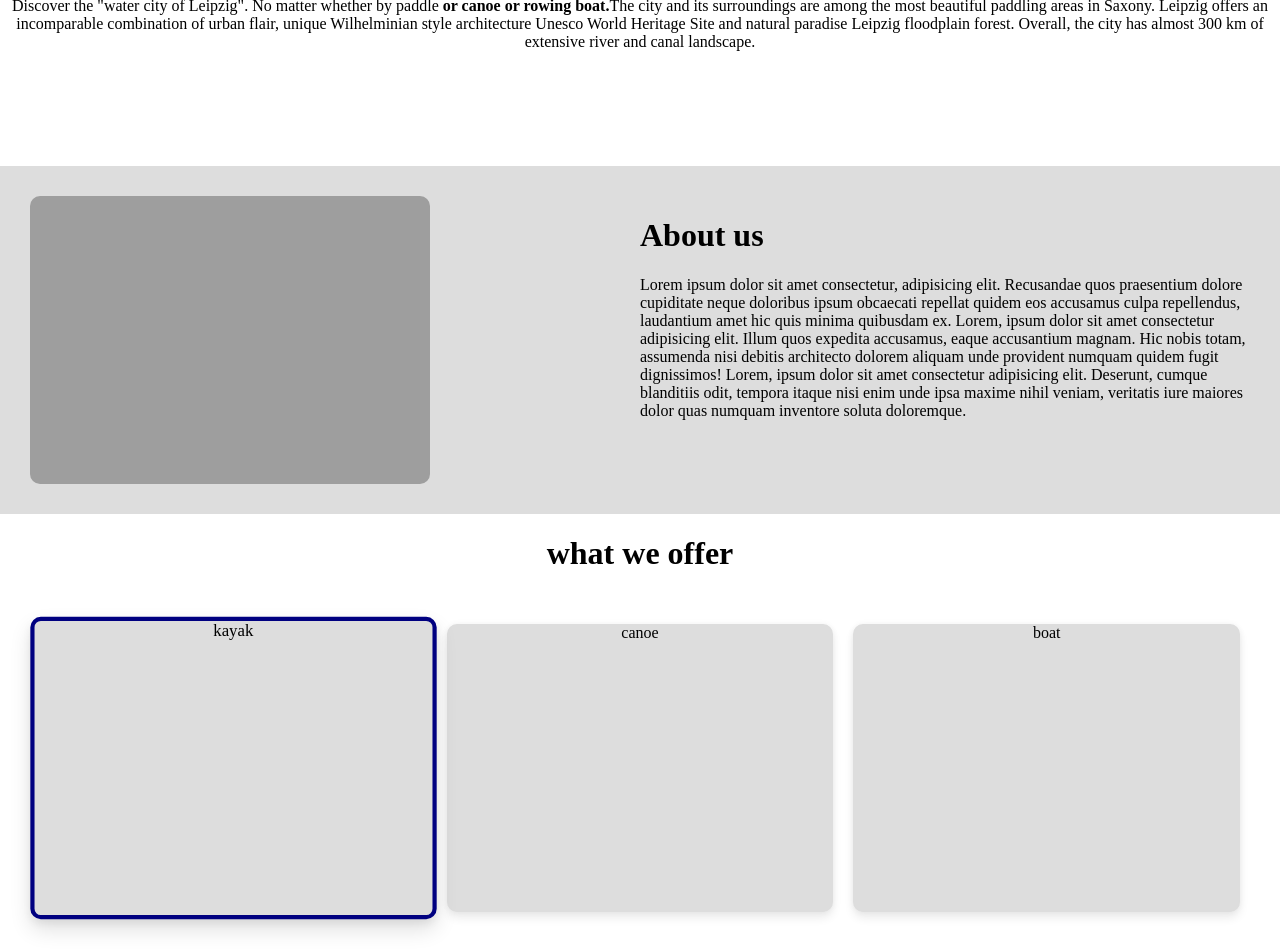
Repository: joseluis2289/Responsive-club-website
Page: index.html
The author's editor kept a copy of each file at every save. The page is drawn from the files as they stood at one save, then again after the next save.
The browser window is 1280 px wide. The pictures show the part of the page from y = 840 to 1792 px (the page is 1792 px tall).
The pointer rests on the first visible `.activity`.
Pictures or frames that could not be fetched are drawn as grey boxes.

Above is the page before, as saved 2021-08-23 16:03:10.

### index.html
<!DOCTYPE html>
<html lang="en">
<head>
    <meta charset="UTF-8">
    <meta http-equiv="X-UA-Compatible" content="IE=edge">
    <meta name="viewport" content="width=device-width, initial-scale=1.0">
    <link rel="stylesheet" href="style.css">
    <script src="script.js" defer></script>
    <title>Responsive-Club-website</title>
</head>
<body>

    <nav class="navbar">
        <!-- hamburger toggle -->
        <div class="brand-title">Club-Website</div>
        <a href="#" class="toggle-button">
            <span class="bar"></span>
            <span class="bar"></span>
            <span class="bar"></span>
        </a>

        <div class="nav-links">
            <ul>
                <li><a href="#">Home</a></li>
                <li><a href="#">About</a></li>
                <li><a href="#">Contact</a></li>
            </ul>
        </div>
    </nav>
<div class="banner"></div>

<section class="welcome">
    <h1>Discover the city of Leipzig kayaking with us</h1>
    <p>Discover the "water city of Leipzig". No matter whether by paddle <strong>or canoe or rowing boat.</strong>The city and its surroundings are among the most beautiful paddling areas in Saxony. Leipzig offers an incomparable combination of urban flair, unique Wilhelminian style architecture Unesco World Heritage Site and natural paradise Leipzig floodplain forest. Overall, the city has almost 300 km of extensive river and canal landscape.</p>

</section>

<!-- about us section -->
<div class="grid-container-about">
    <img class="grid-item-img" src="./Cosmetics Discount Sale Landscape Banner.png" alt="">
    <div class="grid-item-text"><h1>About us</h1>Lorem ipsum dolor sit amet consectetur, adipisicing elit. Recusandae quos praesentium dolore cupiditate neque doloribus ipsum obcaecati repellat quidem eos accusamus culpa repellendus, laudantium amet hic quis minima quibusdam ex. Lorem, ipsum dolor sit amet consectetur adipisicing elit. Illum quos expedita accusamus, eaque accusantium magnam. Hic nobis totam, assumenda nisi debitis architecto dolorem aliquam unde provident numquam quidem fugit dignissimos! Lorem, ipsum dolor sit amet consectetur adipisicing elit. Deserunt, cumque blanditiis odit, tempora itaque nisi enim unde ipsa maxime nihil veniam, veritatis iure maiores dolor quas numquam inventore soluta doloremque.</div>
</div>

<h1 class="tittle-what-we-offer">what we offer</h1>
<section class="what-we-offer">
    <div class="activity">kayak</div>
    <div class="activity">canoe</div>
    <div class="activity">boat</div>
</section>
</body>
</html>

### style.css
*{
    box-sizing: border-box;
}

body{
    margin: 0;
    border: 0;
}

.navbar{
    display: flex;
    justify-content: space-between;
    align-items: center;
    background-color: #333;
    color: white;
    font-family: 'Poppins', san;

}

.brand-title{
    font-size: 1.6rem;
    margin: .5rem;
    text-transform: uppercase;
    letter-spacing: 4px;
    -webkit-box-shadow: 0 10px 6px -6px rgb(80, 73, 73);
    -moz-box-shadow:0 10px 6px -6px rgb(114, 110, 110);
    box-shadow: 0 10px 6px -6px rgb(136, 133, 133);
    border-radius:10px;
}

.nav-links ul {
    margin: 0;
    padding: 0;
    display: flex;
}
.nav-links li {
    list-style: none;
}

.nav-links li a {
    text-decoration: none;
    color: white;
    padding: 1rem;
    display: block;
}
.nav-links li:hover{
    background-color:#555;
}

.toggle-button {
    position: absolute;
    top: .75rem;
    right: 1rem;
    display: none;
    flex-direction: column;
    justify-content: space-between;
    width: 30px;
    height: 22px;
}

.toggle-button .bar {
    height: 3px;
    width: 100%;
    background-color: white;
    border-radius: 10px;
}

.banner{
    background-image: url("/Cosmetics\ Discount\ Sale\ Landscape\ Banner.png");
    background-repeat: no-repeat;
    background-position: cover;
    background-size: 100% 100vh;
    height: 100vh;
}

/* discover the city of Leipzig */
.welcome{
    text-align: center;
    height: 30vh;

}

.grid-container-about{
    background-color: #ddd;
    display: grid;
    grid-template-columns: 1fr 1fr;
    padding: 30px;
}
.grid-item-img{
    width: 400px;
    height: 40vh;
    border-radius:10px;

}
/* what we offer */
.tittle-what-we-offer{
    text-align: center;
}
.what-we-offer{
    display: grid;
    grid-template-columns: 1fr 1fr 1fr;
    padding: 20px;
    text-align: center;
    margin: 10px;
}
.activity{
    background-image:url('./Cosmetics\ Discount\ Sale\ Landscape\ Banner.png');
    height: 40vh;
    margin: 10px;
    border-radius:10px;
    background: #ddd;
    box-shadow: 0 6px 10px rgba(14, 13, 13, 0.08), 0 0 6px rgba(0, 0, 0, 0.05);
    cursor: pointer;
}


.activity:hover{
    border: navy solid 4px;
    transform: scale(1.05);
    box-shadow: 0 10px 20px rgba(0, 0, 0, 0.12), 0 4px 8px rgba(0, 0, 0, 0.06);
}


@media (max-width: 500px){
    .toggle-button{
        display: flex;
    }
    .nav-links{
          display: none;
         width: 100%;
    }
    .navbar{
        flex-direction: column;
        align-items: flex-start;
    }
    .nav-links ul {
        width: 100%;
        flex-direction: column;

    }
    .nav-links li {
        text-align: center;
    }
    .nav-links li a {
        padding: .5rem 1rem;
    }
    .nav-links.active{
        display: flex;

    }

}

### script.js
const toggleButton = document.getElementsByClassName("toggle-button")[0]
const navBarLinks = document.getElementsByClassName("nav-links")[0]

toggleButton.addEventListener("click", () =>{
    // toggle the active class so If the active class does exist it will add it and viceversa
    navBarLinks.classList.toggle("active")
}
)

After the next save:
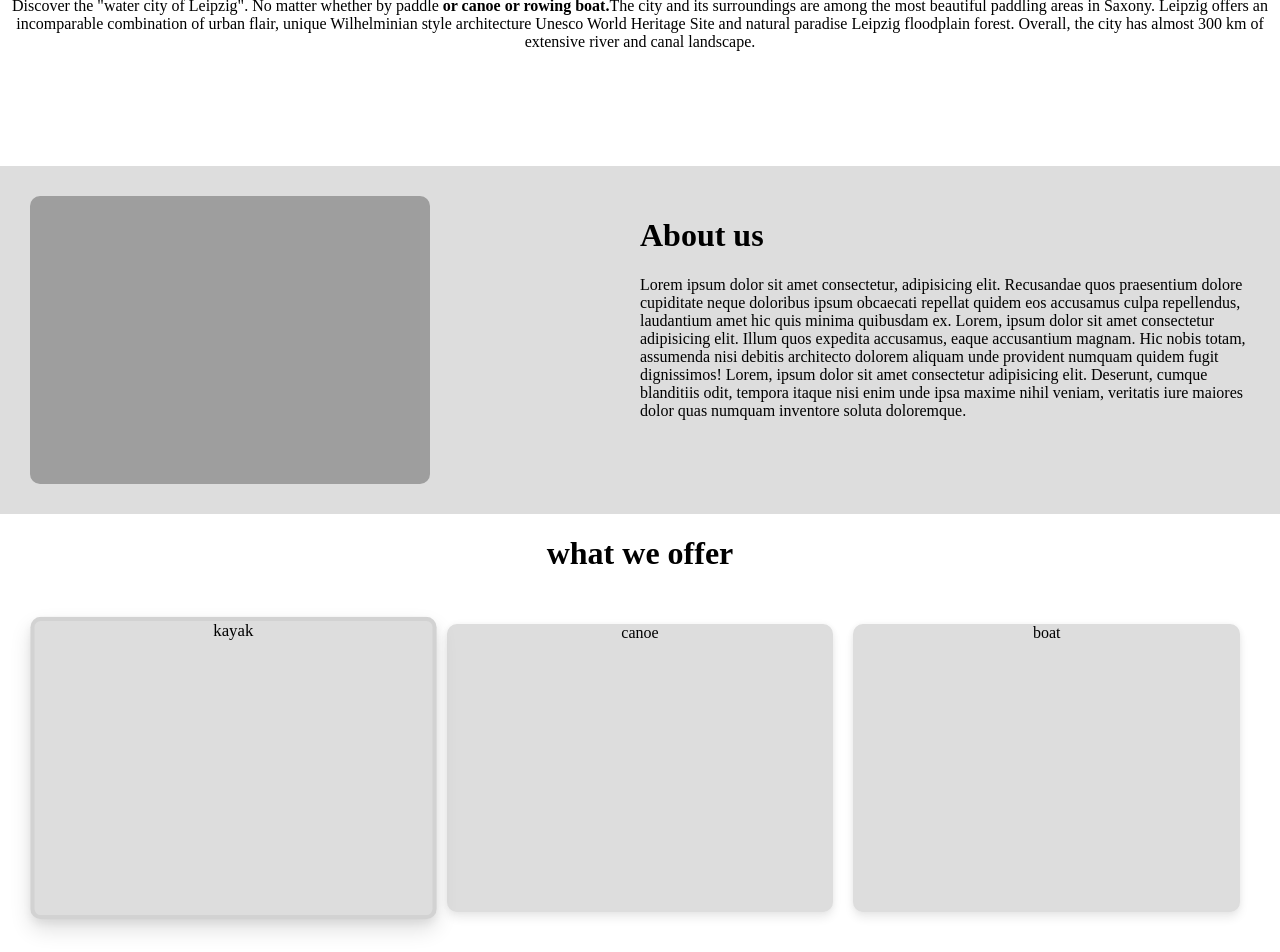
Saved 23 s later.
--- a/style.css
+++ b/style.css
@@ -115,7 +115,7 @@ body{
 
 
 .activity:hover{
-    border: navy solid 4px;
+    border: rgba(0, 0, 0, 0.05) solid 4px;
     transform: scale(1.05);
     box-shadow: 0 10px 20px rgba(0, 0, 0, 0.12), 0 4px 8px rgba(0, 0, 0, 0.06);
 }
